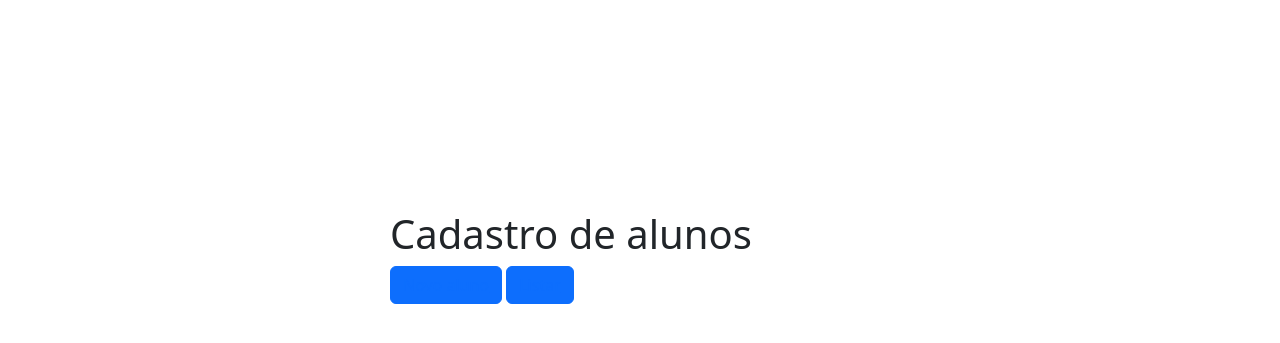
Repository: juliatbarbosa/CRUD-ALUNOS
Page: http://localhost/OlaMundo/alunos/cadastro/index.jsp
These files come from the project's save history. The page is drawn as it stood at one moment and after the next save; the edit follows.
The browser window is 1280 px wide. The pictures show the whole page.
The page is served by Tomcat 9.

Above is the page before, as saved 2024-09-29 21:08:03.

After the next save:
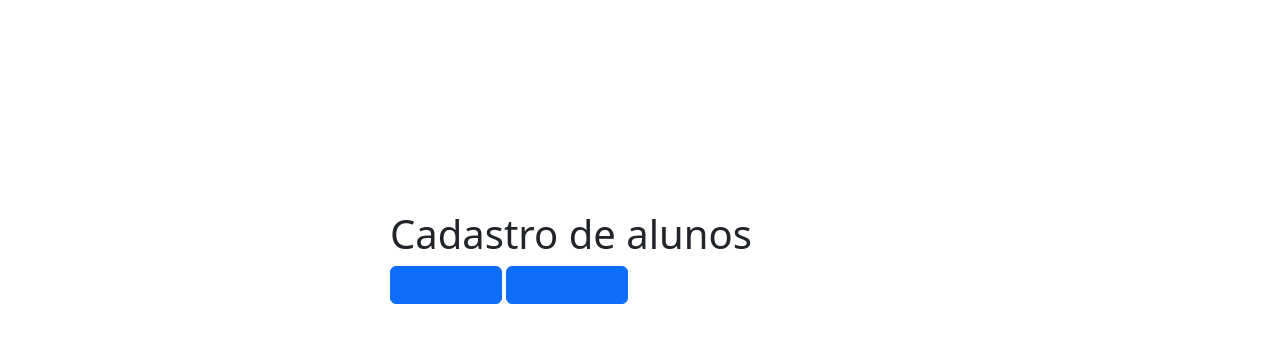
Saved 11 s later.
--- a/OlaMundo/src/main/webapp/alunos/cadastro/index.jsp
+++ b/OlaMundo/src/main/webapp/alunos/cadastro/index.jsp
@@ -38,7 +38,7 @@ body {
 				<a href="formulario.jsp?id=0">Novo aluno</a>
 			</button>
 			<button type="button" class="btn btn-primary">
-				<a href="listar.jsp">Listar</a>
+				<a href="listar.jsp">Listar alunos</a>
 			</button>
 
 		</div>
